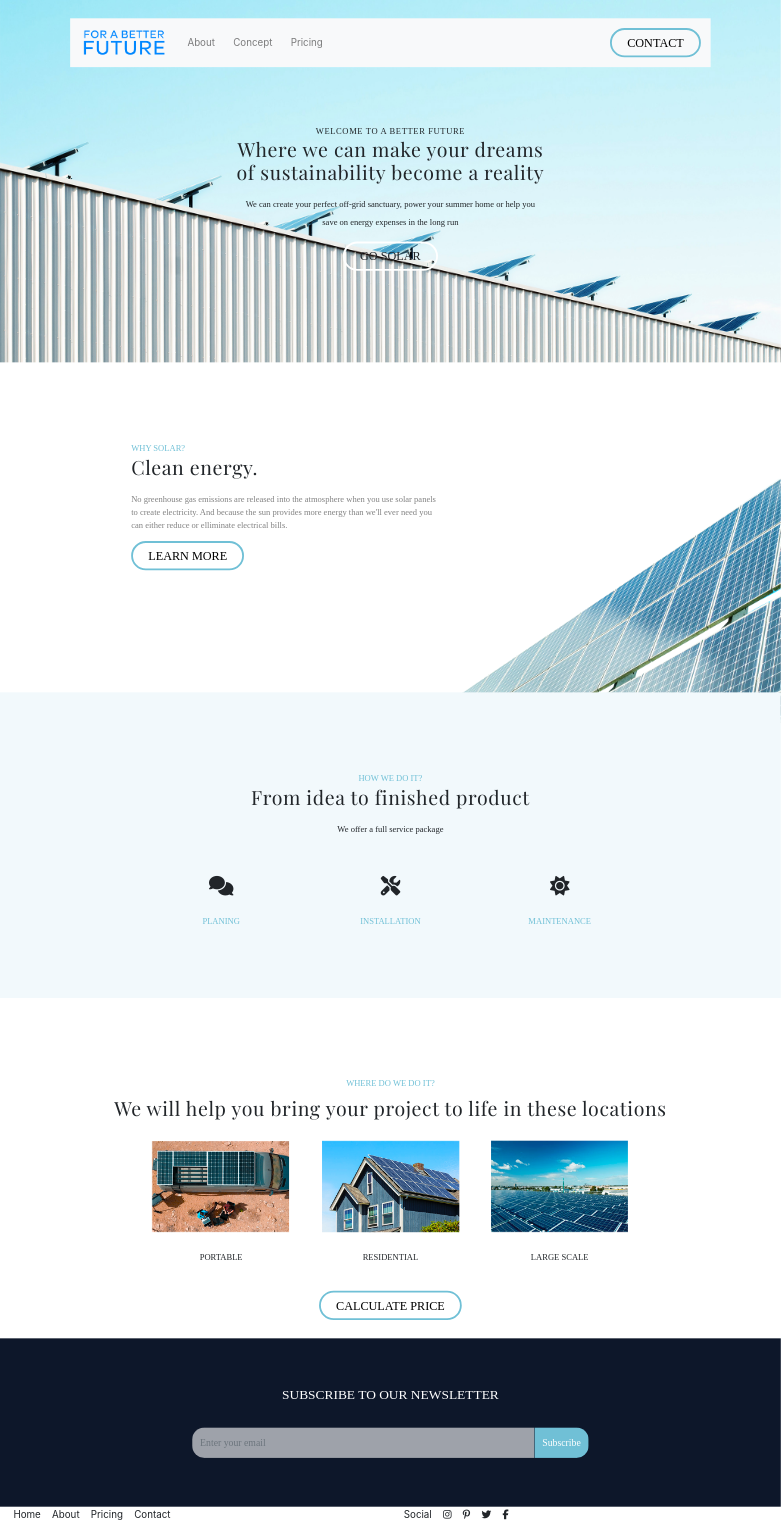
Repository: sabinemm/fabf
Page: index.html
The author's editor kept a record of every edit. The page is drawn from the files as they stood at one moment, then again after the next edit.
The browser window is 1280 px wide. The pictures show the whole page, at 61% of full size.
Backgrounds fixed to the window are drawn as part of the page. Some web fonts or font styles are not loaded; a fallback is used. Some web libraries are served in a nearby version.

Above is the page before.
Console error (its wording comes from the project's code and is left out).

After the next edit:
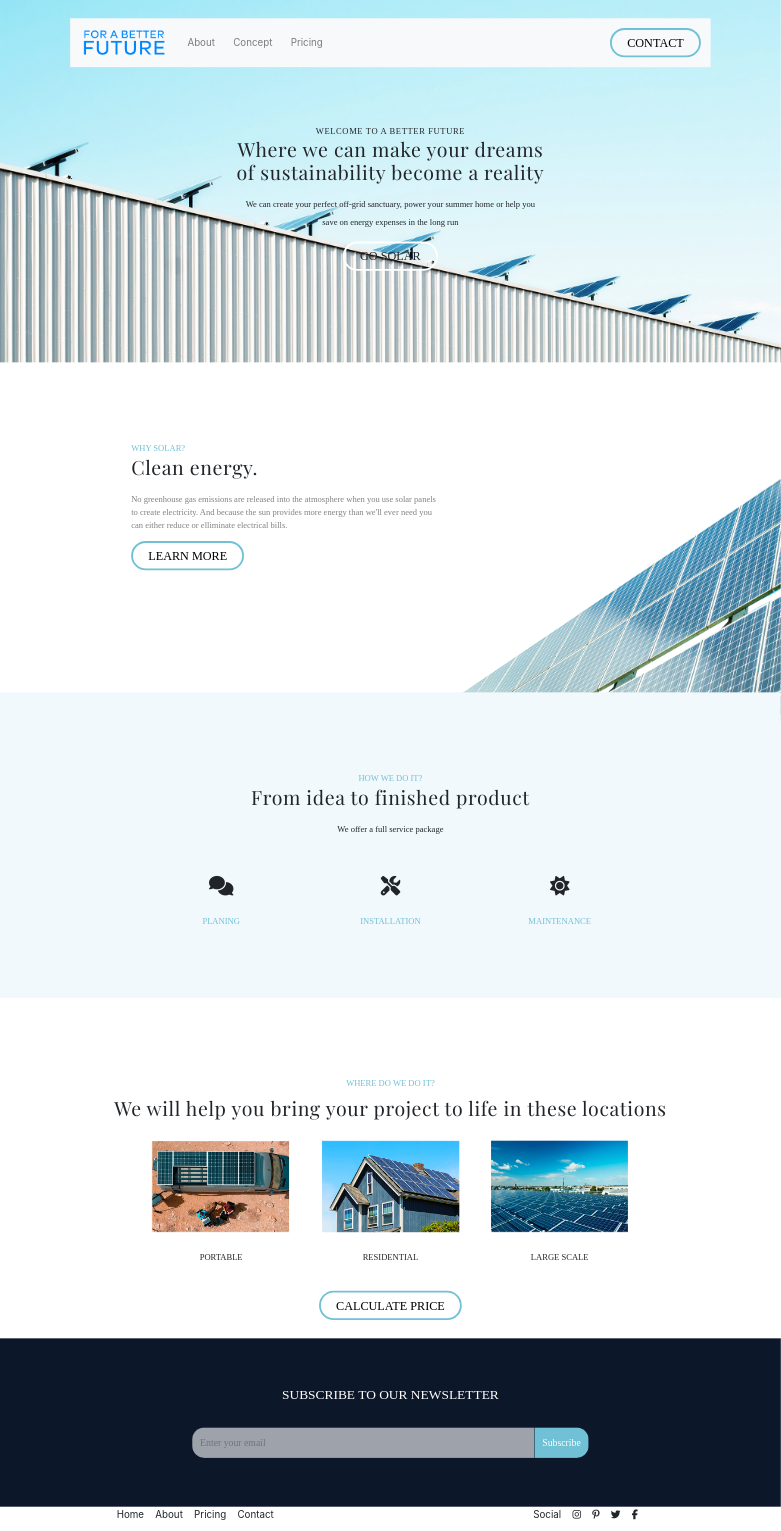
The edit:
--- a/index.html
+++ b/index.html
@@ -171,7 +171,7 @@
         </div>
     </section>
 
-    <section class="footer">
+    <section class="footer text-center">
         <div class="container-fluid">
             <div class="row">
                 <div class="col-sm-6">
